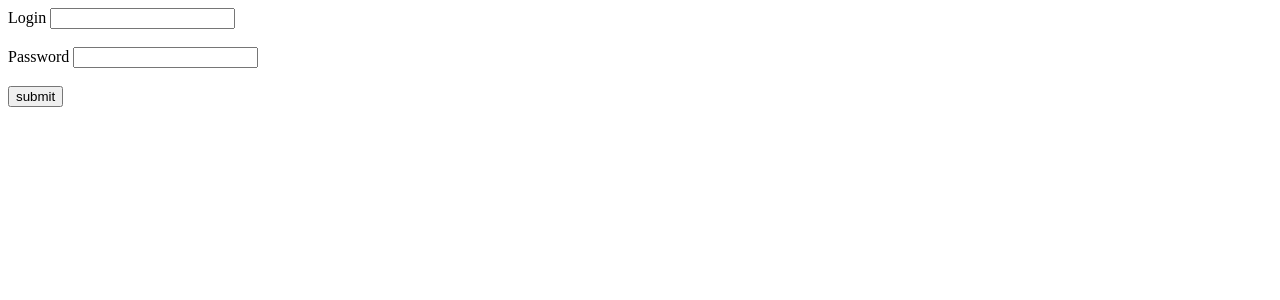
Repository: yashikagoyal98/springrepo
Page: http://localhost/LoginSpringApp/login.jsp
These files come from the project's save history. The page is drawn as it stood at one moment and after the next save; the edit follows.
The browser window is 1280 px wide. The pictures show the whole page.
The page is served by Tomcat 9.

Above is the page before, as saved 2019-07-31 12:40:22.

After the next save:
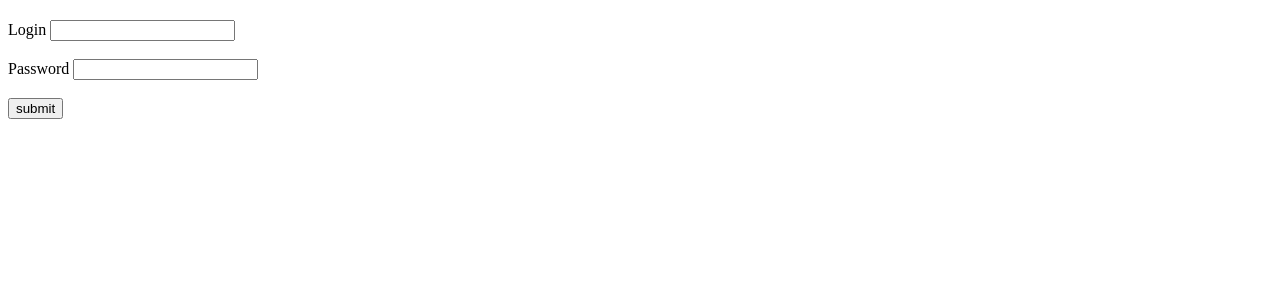
Saved 44 s later.
--- a/LoginSpringApp/WebContent/login.jsp
+++ b/LoginSpringApp/WebContent/login.jsp
@@ -7,7 +7,8 @@
 <title>Insert title here</title>
 </head>
 <body>
- <form id = "myform"  >
+<h2>${logonerror}</h2>
+ <form action="valid" method="post" >
 
 Login  <input type ="text" name="username">
         <br>
